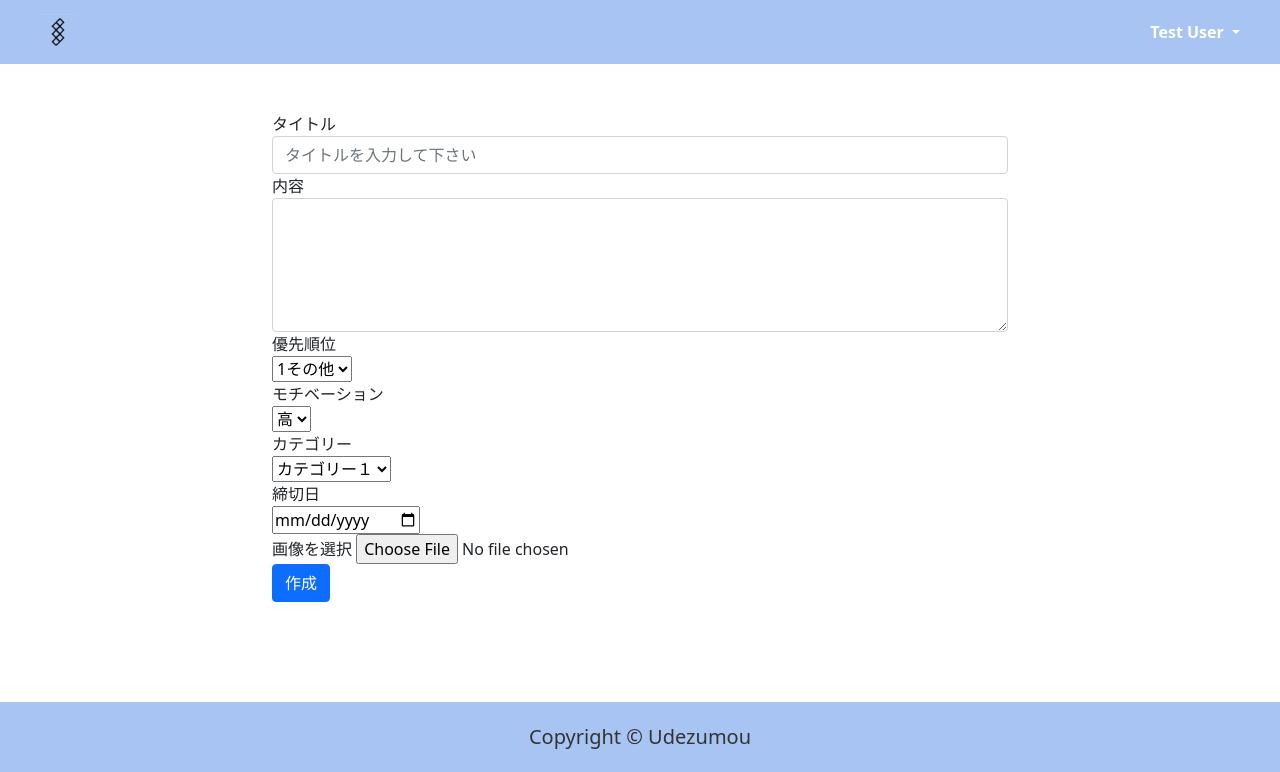
Repository: Kongbu0217/79Udezumou
Page: http://localhost/posts/create
The author's editor kept a copy of each file at every save. The page is drawn from the files as they stood at one save, then again after a run of saves.
The browser window is 1280 px wide. The pictures show the whole page.
Some web libraries are served in a nearby version. The page is served by the project's Laravel application, run on PHP 8.4 with Laravel 10. A made-up administrator, Test User (test@example.com), is signed in. Other server files are loaded and not shown.

Above is the page before, as saved 2024-12-18 21:34:31.

### routes/web.php
<?php

use Illuminate\Support\Facades\Route;
use App\Http\Controllers\PostController;
use App\Http\Controllers\CommentController;
/*
|--------------------------------------------------------------------------
| Web Routes
|--------------------------------------------------------------------------
|
| Here is where you can register web routes for your application. These
| routes are loaded by the RouteServiceProvider and all of them will
| be assigned to the "web" middleware group. Make something great!
|
*/

Route::get('/', function () {
    return view('welcome');
});

Auth::routes();

Route::get('/home', [App\Http\Controllers\HomeController::class, 'index'])->name('home');

// Route::get('/create', function () {
//     return view('posts.create');
// });

//画像アップロードのルート
Route::resource('posts', PostController::class);

Route::get('/posts', [PostController::class,'index'])->name('posts.index');

Route::get('/posts/create', [PostController::class,'create'])->name('posts.create');

Route::post('/posts', [PostController::class,'store'])->name('posts.store');

Route::get('/posts/{id}', [PostController::class,'show'])->name('posts.show');

Route::get('/posts/{id}/edit', [PostController::class,'edit'])->name('posts.edit');

Route::put('/posts/{id}', [PostController::class, 'update'])->name('posts.update');

Route::delete('/posts/{id}', [PostController::class, 'destroy'])->name('posts.destroy');

Route::get('/comments/create/{post_id}',[CommentController::class,'create'])->name('comments.create');

Route::post('/comments',[CommentController::class,'store'])->name('comments.store');

// ===コメント用===
Route::get('/comments/{id}/edit', [CommentController::class, 'edit'])->name('comments.edit'); // コメント編集ページ

Route::put('/comments/{id}', [CommentController::class, 'update'])->name('comments.update');  // コメント更新

Route::delete('/comments/{id}', [CommentController::class, 'destroy'])->name('comments.destroy'); // コメント削除

### app/Models/User.php
<?php

namespace App\Models;

use Illuminate\Contracts\Auth\MustVerifyEmail;
use Illuminate\Database\Eloquent\Factories\HasFactory;
use Illuminate\Foundation\Auth\User as Authenticatable;
use Illuminate\Notifications\Notifiable;
use Laravel\Sanctum\HasApiTokens;

class User extends Authenticatable
{
    use HasApiTokens, HasFactory, Notifiable;

    /**
     * The attributes that are mass assignable.
     *
     * @var array<int, string>
     */
    protected $fillable = [
        'name',
        'email',
        'password',
    ];

    /**
     * The attributes that should be hidden for serialization.
     *
     * @var array<int, string>
     */
    protected $hidden = [
        'password',
        'remember_token',
    ];

    /**
     * The attributes that should be cast.
     *
     * @var array<string, string>
     */
    protected $casts = [
        'email_verified_at' => 'datetime',
        'password' => 'hashed',
    ];

    public function posts()
    {
        return $this->hasMany('App\Models\Post'); // 記述するとpostとユーザーのリレーションができる
    }

    public function comments()
    {
        return $this->hasMany('App\Models\Comment');
    }
}

### app/Http/Controllers/PostController.php
<?php

namespace App\Http\Controllers;

use Illuminate\Http\Request;
use App\Models\Post;
use Illuminate\Support\Facades\Storage;
use Illuminate\Support\Facades\Auth;

class PostController extends Controller
{
    function index(Request $request)
    {
        $query = Post::query();

        // 検索クエリを取得
        $search = $request->input('search');

        if ($search) {
            // タイトル、本文、コメント内容を検索対象に追加
            $query->where(function ($q) use ($search) {
                $q->where('title', 'LIKE', "%{$search}%")
                    ->orWhere('body', 'LIKE', "%{$search}%")
                    ->orWhereHas('comments', function ($subQuery) use ($search) {
                    $subQuery->where('body', 'LIKE', "%{$search}%");
                        });
            });
        }

        $posts = $query->get(); // 条件に応じてデータを取得

        return view('posts.index', [
            'posts' => $posts,
            'search' => $search, // 現在の検索ワードをビューに渡す
        ]);
    }

    function create()
    {
        return view('posts.create');
    }

    function store(Request $request)
    {
        dd($request);

        // バリデーション（MIO）
        $validated = $request->validate([
            'title' => 'required|string|max:30',
            'body' => 'required|string|max:120',
            'image' => 'nullable|image|mimes:jpeg,png,jpg,gif|max:2048',
        ]);

        // $requestに入っている値を、new Postでデータベースに保存するという記述
        $post = new Post;

        // 画像がアップロードされていれば保存処理(MIO)
            if ($request->hasFile('image')) {
            // ファイルをpublicディスクに保存してパスを取得
            $path = $request->file('image')->store('images', 'public');

            // 画像パスをデータベースに保存
            $post->path = $path;
            }

        $post->title = $request->title;
        $post->body = $request->body;
        $post->user_id = Auth::id(); // 現在ログインしているユーザーidを取得

        $post->prio = $request->prio; //優先順位
        $post->moto = $request->moto; //モチベーション
        $post->category = $request->category; //カテゴリー
        $post->cob = $request->cob; //締切日
        //（MIO)

        $post->save();

        return redirect()->route('posts.index');
    }

    function show($id)
    {
        // 投稿データとそのコメントを取得
        $post = Post::with('comments.user')->find($id);

        if (!$post) {
            abort(404, '投稿が見つかりませんでした。');
        }

        return view('posts.show', ['post' => $post]);
    }

    function edit($id)
    {
        $post = Post::find($id);

        return view('posts.edit', ['post' => $post]);
    }

    function update(Request $request, $id)
    {
        $post = Post::find($id);

        $post->title = $request->title;
        $post->body = $request->body;
        $post->save();

        return view('posts.show', ['post' => $post]);
    }

    function destroy($id)
    {
        $post = Post::find($id);

        $post->delete();

        return redirect()->route('posts.index');
    }
}

### resources/views/posts/create.blade.php
@extends('layouts.app_original')
@section('content')

<div class="container mt-5">
    <div class="row justify-content-center">
        <div class="col-md-8">
            <form action="{{ route('posts.store') }}" method="POST">
                @csrf <!-- これないとエラーになる -->
                <div class="form-group">
                    <label>タイトル</label>
                    <input type="text" class="form-control" placeholder="タイトルを入力して下さい" name="title">
                </div>
                <div class="form-group">
                    <label>内容</label>
                    <textarea class="form-control" placeholder="内容" rows="5" name="body">
                    </textarea>
                </div>
                <div>
                    <label>優先順位</label><br>
                    <select name="prio">
                        <option value="first">1その他</option>
                        <option value="second">2その他</option>
                        <option value="third">3その他</option>
                    </select>
                </div>
                <div>
                    <label>モチベーション</label><br>
                    <select name="moto">
                        <option value="first">高</option>
                        <option value="second">中</option>
                        <option value="third">低</option>
                    </select>
                </div>
                <div>
                    <label>カテゴリー</label><br>
                    <select name="category">
                        <option value="first">カテゴリー１</option>
                        <option value="second">カテゴリー２</option>
                        <option value="third">カテゴリー３</option>
                    </select>
                </div>
                <div>
                    <label>締切日</label><br>
                    <input type="date" name="cob">
                </div>
                {{-- 画像投稿フォーム（MIO） --}}
                <form action="{{ route('posts.store') }}" method="POST" enctype="multipart/form-data">
                    @csrf
                    <label for="image">画像を選択</label>
                    <input type="file" name="image" id="image">
                </form>
                {{-- MIO --}}
                <button type="submit" class="btn btn-primary">作成</button>
            </form>
        </div>
    </div>
</div>

@endsection

### resources/views/layouts/app_original.blade.php
<!DOCTYPE html>
<html lang="en">
<head>
  <meta charset="UTF-8">
  <meta name="viewport" content="width=device-width, initial-scale=1.0">
  <!-- CSRF Token -->
  <meta name="csrf-token" content="{{ csrf_token() }}">
  <title>Document</title>
  <link href="https://cdn.jsdelivr.net/npm/bootstrap@5.0.0-beta1/dist/css/bootstrap.min.css" rel="stylesheet" integrity="sha384-giJF6kkoqNQ00vy+HMDP7azOuL0xtbfIcaT9wjKHr8RbDVddVHyTfAAsrekwKmP1" crossorigin="anonymous">
  <link rel="stylesheet" href="{{ asset('css/style.css') }}">
</head>
<body>
  <header>
    <div class="header-left">
      <a href="{{ url('/posts') }}"> <!-- ここにリンクを追加 -->
        <img class="logo" src="{{ asset('img/logo.png') }}" alt="Logo">
      </a>
    </div>
        <div class="header-right">
        <div class="dropdown nav">
          <a class="dropdown-toggle" href="#" role="button" id="dropdownMenuLink" data-bs-toggle="dropdown" aria-expanded="false">
          {{ Auth::user()->name }}
          </a>
          <ul class="dropdown-menu" aria-labelledby="dropdownMenuLink">
            <li><a class="dropdown-item" href="{{ route('logout') }}" onclick="event.preventDefault();
                                                    document.getElementById('logout-form').submit();">{{ __('Logout') }}</a></li>
            <form id="logout-form" action="{{ route('logout') }}" method="POST" class="d-none">
                @csrf
            </form>
          </ul>
        </div>
        </div>
  </header>
  @yield('content')   <!-- これを追加すると他のページにもヘッダーとフッターが継承される -->
  <footer>
    Copyright &copy; Udezumou
  </footer>
  <script src="https://cdn.jsdelivr.net/npm/@popperjs/core@2.5.4/dist/umd/popper.min.js" integrity="sha384-q2kxQ16AaE6UbzuKqyBE9/u/KzioAlnx2maXQHiDX9d4/zp8Ok3f+M7DPm+Ib6IU" crossorigin="anonymous"></script>
  <script src="https://cdn.jsdelivr.net/npm/bootstrap@5.0.0-beta1/dist/js/bootstrap.min.js" integrity="sha384-pQQkAEnwaBkjpqZ8RU1fF1AKtTcHJwFl3pblpTlHXybJjHpMYo79HY3hIi4NKxyj" crossorigin="anonymous"></script>
</body>
</html>

### public/css/style.css
/* === 横スクロール防止 === */
  body, html {
    margin: 0;
    padding: 0;
    overflow-x: hidden; /* 横スクロール防止 */
  }

/* === ヘッダー全体 === */
  header {
    display: flex;
    justify-content: space-between;
    align-items: center;
    background-color: #a7c4f3; /* 背景色 */
    padding: 14px 40px;
    width: 100%;
    max-width: 100%;
    box-sizing: border-box;
  }

/* === ロゴ画像 === */
  .logo {
    height: 36px;
  }

/* === ユーザー名のスタイル === */
  .header-right a.dropdown-toggle {
    color: white; /* 色を白に */
    font-weight: bold; /* 太字 */
    text-decoration: none; /* 下線を削除 */
  }

  .header-right a.dropdown-toggle:hover {
    color: #f8f9fa; /* ホバー時の色を少し変更 */
  }

/* === ドロップダウンメニュー === */
  .dropdown-menu {
    right: 0; /* 右揃え */
    left: auto; /* 左側の余白を調整 */
  }

footer {
  background-color: #a7c4f3;
  color: #333;
  text-align: center;
  font-size: 20px;
  margin-top: 100px;
  padding: 20px 0;
}

  .image-container {
    width: 100%; /* カード幅いっぱい */
    padding-top: 56.25%; /* 16:9 のアスペクト比 (高さ:幅の比率) */
    position: relative;
    overflow: hidden; /* はみ出した画像を隠す */
    background-color: #f0f0f0; /* 背景色 (画像がない時) */
    border-radius: 8px; /* 角丸 */
  }

  .image-container img {
    position: absolute;
    top: 0;
    left: 0;
    width: 100%;
    height: 100%;
    object-fit: cover; /* アスペクト比を保ちながら、コンテナにフィット */
  }


  /* 背景色変更 MIO*/
.card-body text-center{
  background-color: white;
transition: background-color 0.3s;
}
.highlight {
background-color: rgb(174, 178, 180);
}

Loaded but not shown: app/Http/Controllers/Auth/ConfirmPasswordController.php (common file); app/Http/Controllers/Controller.php (common file)

After the next 2 saves:
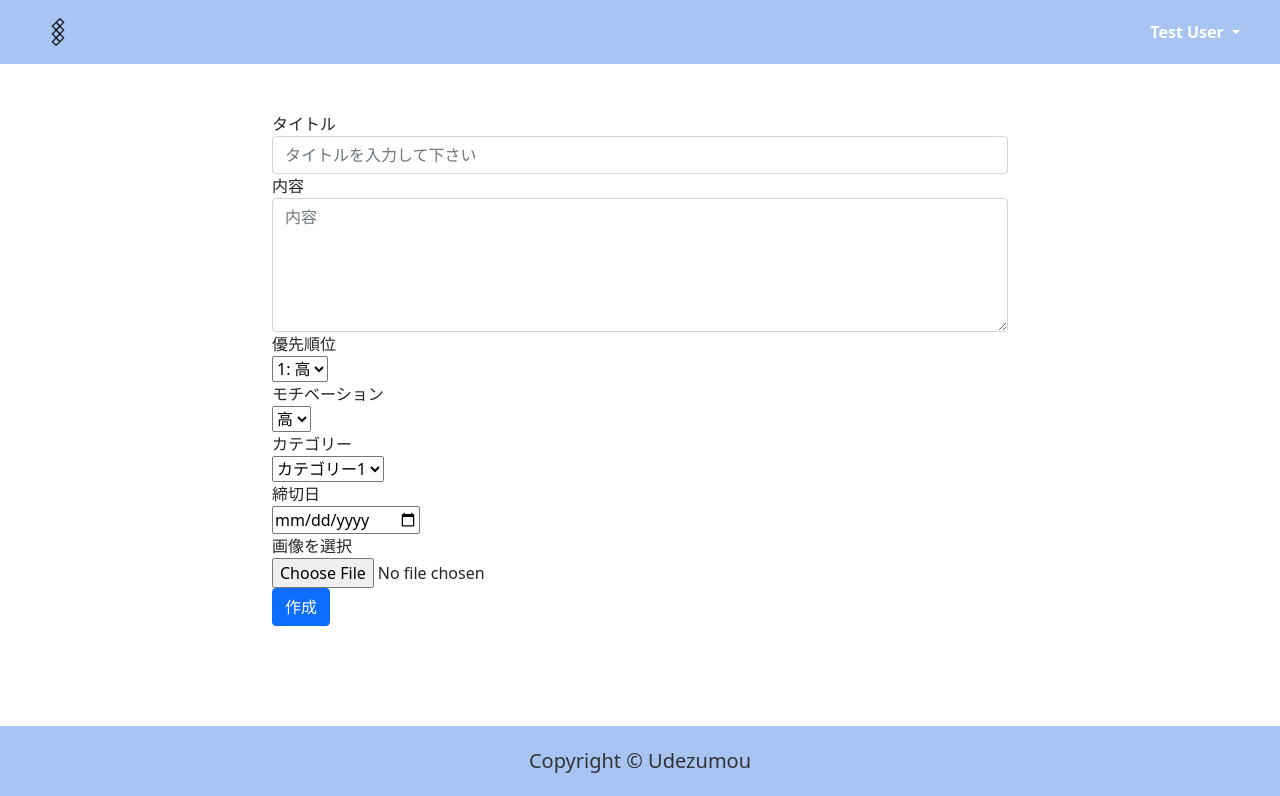
The 2 saves are shown as one change because they came seconds apart.
The last was saved 9 min 55 s later.
--- a/resources/views/posts/create.blade.php
+++ b/resources/views/posts/create.blade.php
@@ -4,54 +4,50 @@
 <div class="container mt-5">
     <div class="row justify-content-center">
         <div class="col-md-8">
-            <form action="{{ route('posts.store') }}" method="POST">
-                @csrf <!-- これないとエラーになる -->
-                <div class="form-group">
-                    <label>タイトル</label>
-                    <input type="text" class="form-control" placeholder="タイトルを入力して下さい" name="title">
-                </div>
-                <div class="form-group">
-                    <label>内容</label>
-                    <textarea class="form-control" placeholder="内容" rows="5" name="body">
-                    </textarea>
-                </div>
-                <div>
-                    <label>優先順位</label><br>
-                    <select name="prio">
-                        <option value="first">1その他</option>
-                        <option value="second">2その他</option>
-                        <option value="third">3その他</option>
-                    </select>
-                </div>
-                <div>
-                    <label>モチベーション</label><br>
-                    <select name="moto">
-                        <option value="first">高</option>
-                        <option value="second">中</option>
-                        <option value="third">低</option>
-                    </select>
-                </div>
-                <div>
-                    <label>カテゴリー</label><br>
-                    <select name="category">
-                        <option value="first">カテゴリー１</option>
-                        <option value="second">カテゴリー２</option>
-                        <option value="third">カテゴリー３</option>
-                    </select>
-                </div>
-                <div>
-                    <label>締切日</label><br>
-                    <input type="date" name="cob">
-                </div>
-                {{-- 画像投稿フォーム（MIO） --}}
-                <form action="{{ route('posts.store') }}" method="POST" enctype="multipart/form-data">
-                    @csrf
-                    <label for="image">画像を選択</label>
-                    <input type="file" name="image" id="image">
-                </form>
-                {{-- MIO --}}
-                <button type="submit" class="btn btn-primary">作成</button>
-            </form>
+        <form action="{{ route('posts.store') }}" method="POST" enctype="multipart/form-data">
+    @csrf <!-- これないとエラーになる -->
+    <div class="form-group">
+        <label>タイトル</label>
+        <input type="text" class="form-control" placeholder="タイトルを入力して下さい" name="title" required>
+    </div>
+    <div class="form-group">
+        <label>内容</label>
+        <textarea class="form-control" placeholder="内容" rows="5" name="body" required></textarea>
+    </div>
+    <div>
+        <label>優先順位</label><br>
+        <select name="prio" required>
+            <option value="1">1: 高</option>
+            <option value="2">2: 中</option>
+            <option value="3">3: 低</option>
+        </select>
+    </div>
+    <div>
+        <label>モチベーション</label><br>
+        <select name="moto">
+            <option value="high">高</option>
+            <option value="medium">中</option>
+            <option value="low">低</option>
+        </select>
+    </div>
+    <div>
+        <label>カテゴリー</label><br>
+        <select name="category">
+            <option value="category1">カテゴリー1</option>
+            <option value="category2">カテゴリー2</option>
+            <option value="category3">カテゴリー3</option>
+        </select>
+    </div>
+    <div>
+        <label>締切日</label><br>
+        <input type="date" name="cob">
+    </div>
+    <div>
+        <label for="image">画像を選択</label><br>
+        <input type="file" name="image" id="image" accept="image/*">
+    </div>
+    <button type="submit" class="btn btn-primary">作成</button>
+</form>
         </div>
     </div>
 </div>
